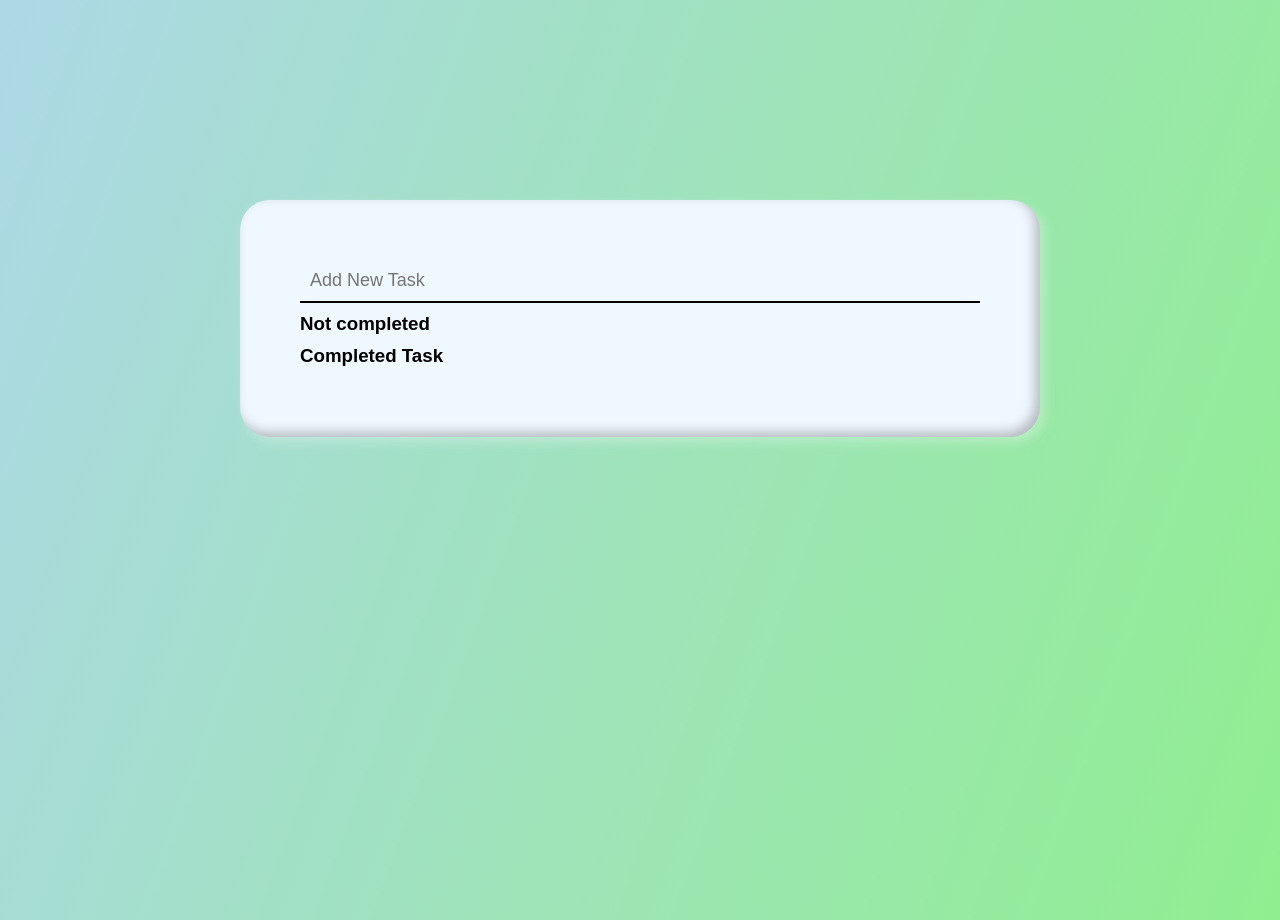
Repository: Mayur2905/OIBSIP
Page: Task-6/index.html
The author's editor kept a copy of each file at every save. The page is drawn from the files as they stood at one save, then again after the next save.
The browser window is 1280 px wide. The pictures show the whole page.

Above is the page before, as saved 2022-02-05 21:48:43.

### Task-6/index.html
<!DOCTYPE html>
<html lang="en">
<head>
    <meta charset="UTF-8">
    <meta http-equiv="X-UA-Compatible" content="IE=edge">
    <meta name="viewport" content="width=device-width, initial-scale=1.0">
    <link rel="stylesheet" href="style.css">
    <link rel="stylesheet" href="https://cdnjs.cloudflare.com/ajax/libs/font-awesome/5.15.1/css/all.css">
    <script src="https://ajax.googleapis.com/ajax/libs/jquery/3.5.1/jquery.min.js"></script>
    <title>To Do List</title>
</head>
<body>
    <div class="container">
        <div class="todo">
            <input type="text" class="textb" placeholder="Add New Task">
            <div class="notdone">
                <h3>Not completed</h3>

            </div>
            <div class="complete">
                <h3>Completed Task</h3>

            </div>
        </div>
    </div>
    <script rel="text.javascript" src="script.js"></script>
</body>
</html>

### Task-6/style.css
* {
  margin: 0;
  padding: 0;
  font-family: "montserrat", Arial, Helvetica, sans-serif;
  box-sizing: border-box;
}
body {
  background-image: linear-gradient(110deg, lightblue, lightgreen);
  min-height: 100vh;
}

.todo {
  padding: 50px;
}

.container {
  max-width: 800px;
  margin: auto;
  padding: 10px;
  margin-top: 200px;
  background-color: aliceblue;
  border-radius: 30px;
  box-shadow: inset -5px -5px 12px rgba(0, 0, 0, 0.25),
    5px 5px 12px rgba(255, 255, 255, 0.3);
}
.textb {
  width: 100%;
  border: none;
  border-bottom: 2px solid #000;
  background: none;
  padding: 10px;
  outline: none;
  font-size: 18px;
}
.textb1 {
  width: 100%;
  border: none;
  border-bottom: 2px solid #000;
  background: none;
  padding: 10px;
  outline: none;
  font-size: 18px;
}

h3 {
  margin: 10px 0;
}
.task {
  width: 100%;
  background: rgba(255, 255, 255, 0.5);
  padding: 8px;
  margin: 8px 0;
  overflow: hidden;
  box-shadow: inset -5px -5px 12px rgba(0, 0, 0, 0.25),
    5px 5px 12px rgba(255, 255, 255, 0.3);
}
.task i {
  float: right;
  margin-left: 20px;
  cursor: pointer;
  padding-left: 10px;
}
.complete .task {
  background: rgba(0, 0, 0, 0.5);
  color: #ffff;
  box-shadow: inset -5px -5px 12px rgba(0, 0, 0, 0.25),
    5px 5px 12px rgba(255, 255, 255, 0.3);
}

### Task-6/script.js
$(".textb").on("keyup",function(e){
    if(e.keyCode == 13 && $(".textb").val() != "")
    {
        var task =$("<div class='task'></div>").text($(".textb").val());
        var del =$("<i class='fas fa-trash-alt'></i>").click(function(){
            var p = $(this).parent();
            p.fadeOut(function(){
                p.remove();
            });
        });
        var tick =$("<i class='fas fa-check'></i>").click(function(){
            var p =$(this).parent();
            p.fadeOut(function(){
                $(".complete").append(p);
                p.fadeIn();
            });
            $(this).remove();
        });
        task.append(del,tick);
        $(".notdone").append(task);
        $(".texttb").val("");
    }
});

After the next save:
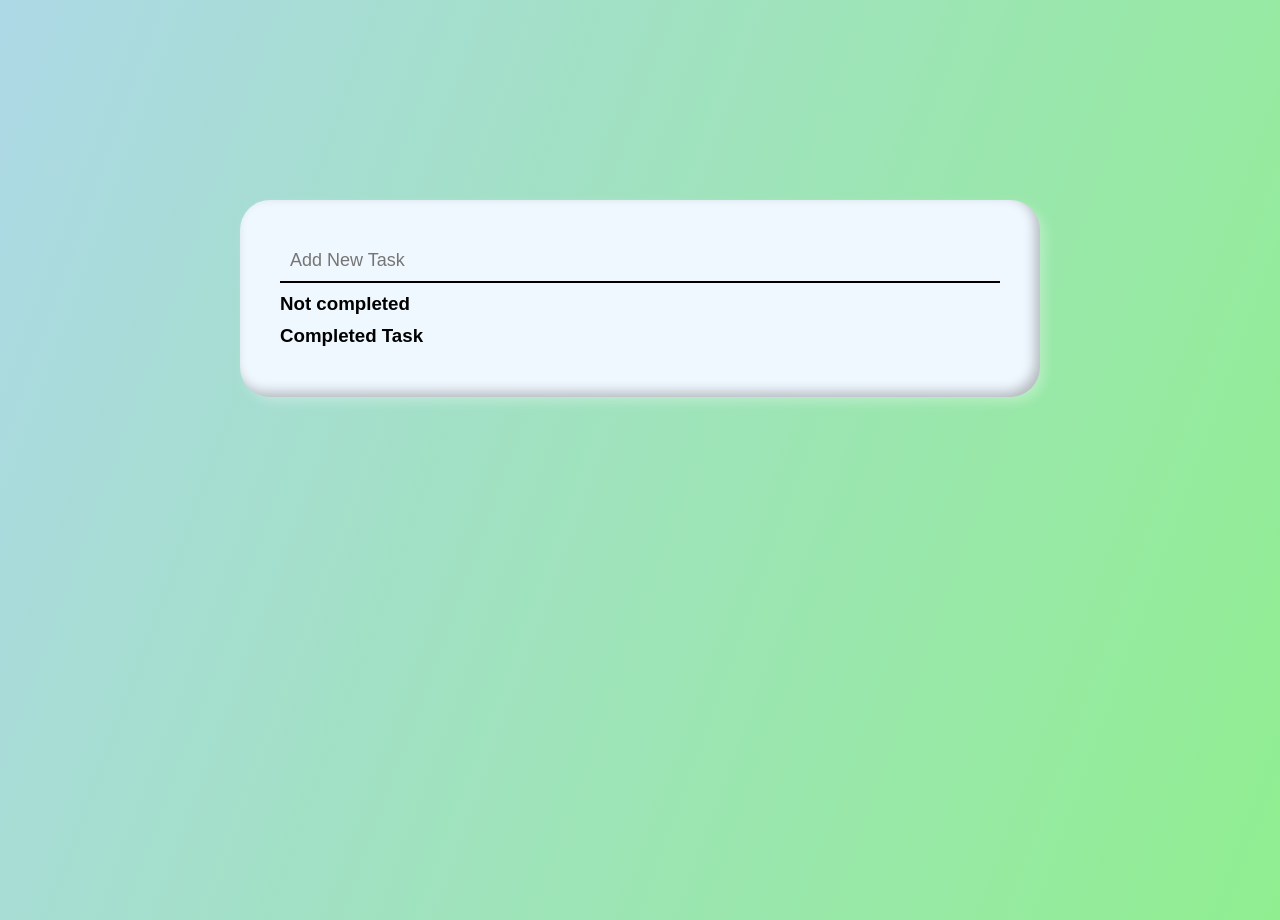
Saved 15 s later.
--- a/Task-6/style.css
+++ b/Task-6/style.css
@@ -10,7 +10,7 @@ body {
 }
 
 .todo {
-  padding: 50px;
+  padding: 30px;
 }
 
 .container {
